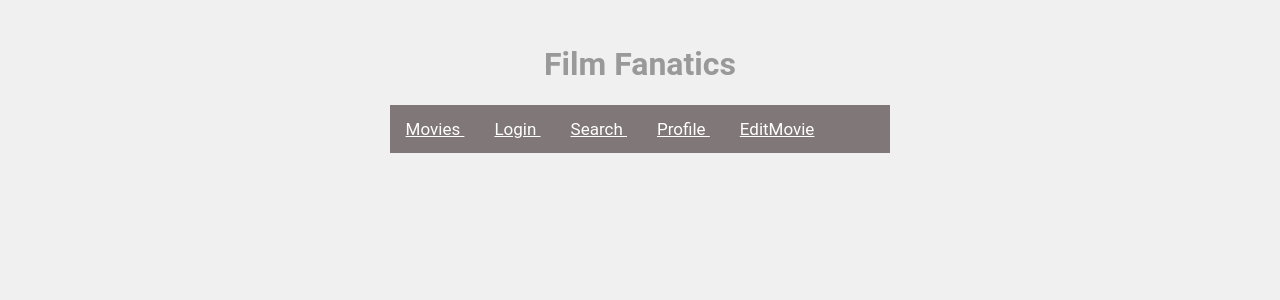
Repository: peterclermy232/To-do-List-
Page: / (app in film_fanatics/)
The author's editor kept a copy of each file at every save. The page is drawn from the files as they stood at one save, then again after the next save.
The browser window is 1280 px wide. The pictures show the whole page.
The page's requests for data from a server got no answer. The project was rebuilt for these pictures with package versions that can differ from the ones it lists, and the page was loaded fresh each time. No one was signed in, and anything a server would have sent is missing. Also part of the build but not shown: film_fanatics/src/components/Login.js, film_fanatics/src/components/Movie.js, film_fanatics/src/components/Search.js, film_fanatics/src/components/MoviePage.js, film_fanatics/src/components/Profile.js, film_fanatics/src/components/EditMovie.js, film_fanatics/src/components/Update.js.

Above is the page before, as saved 2022-09-15 23:00:24.

### film_fanatics/src/index.js
import React from 'react';
import ReactDOM from 'react-dom';
import { BrowserRouter as Router } from "react-router-dom";
import './index.css';
import App from "./components/App";

ReactDOM.render(
  <Router>
    <App />
  </Router>,
  document.getElementById('root')
);

### film_fanatics/src/index.css
*,
*::before,
*::after {
  box-sizing: border-box;
}

html {
  background-color: #f0f0f0;
}

body {
  color: #999999;
  font-family: 'Roboto','Helvetica Neue', Helvetica, Arial, sans-serif;
  font-style: normal;
  font-weight: 400;
  letter-spacing: 0;
  padding: 1rem;
  text-rendering: optimizeLegibility;
  -webkit-font-smoothing: antialiased;
  -moz-osx-font-smoothing: grayscale;
  -moz-font-feature-settings: "liga" on;
}

#main-header{
justify-content: center;
text-align: center;
}

.centered {
  text-align: center;
}

#random-planeteer{
   border: 0;
   line-height: 2.5;
   padding: 0 20px;
   font-size: 1rem;
   text-align: center;
   color: #fff;
   text-shadow: 1px 1px 1px #000;
   border-radius: 10px;
   background-color: rgba(220, 0, 0, 1);
   background-image: linear-gradient(to top left,
                                     rgba(0, 0, 0, .2),
                                     rgba(0, 0, 0, .2) 30%,
                                     rgba(0, 0, 0, 0));
   box-shadow: inset 2px 2px 3px rgba(255, 255, 255, .6),
               inset -2px -2px 3px rgba(0, 0, 0, .6);
}

input[type='checkbox']{
  text-align: center;
}

.search {
  width: 50%;
  text-align: center;

  position: relative;
  display: block;
  margin: auto;
  padding: 2rem;
}

.searchTerm {
  text-align: center;
  width: 100%;
  border: 3px solid #990033;
  padding: 5px;
  height: 3rem;
  border-radius: 5px;
  outline: none;
  font-size: 1.5rem;
}

img {
  height: auto;
  max-width: 100%;
  vertical-align: middle;
}

.btn {
  background-color: white;
  color: #696969;
}

.btn--block {
  display: block;
  width: 100%;
}

.cards {
  display: flex;
  flex-wrap: wrap;
  list-style: none;
  margin: 0;
  padding: 0;
}

.cards__item {
  display: flex;
  padding: 1rem;
  width: 25%;
}
.navbar {
  justify-self: center;
  background-color: rgb(128, 120, 120);
  margin: 6px;
  color: #f2f2f2;
  text-align: center;
  padding: 14px 16px;
  text-decoration: none;
  font-size: 17px;

}
.navlink {
  padding-right: 30px;
  color:#fff
}
.card {
  background-color: white;
  border-radius: 0.25rem;
  box-shadow: 0 20px 40px -14px rgba(0,0,0,0.25);
  display: flex;
  flex-direction: column;
  overflow: hidden;
}

.card__content {
  display: flex;
  flex: 1 1 auto;
  flex-direction: column;
  padding: 1rem;
}

.card__image {
  background-position: center center;
  background-repeat: no-repeat;
  background-size: cover;
  border-top-left-radius: 0.25rem;
  border-top-right-radius: 0.25rem;
  filter: contrast(70%);
  overflow: hidden;
  position: relative;
  transition: filter 0.5s cubic-bezier(.43,.41,.22,.91);
}

.card__image:hover{
  filter: contrast(100%);
}


.card__title {
  color: #696969;
  font-size: 1.25rem;
  font-weight: 300;
  letter-spacing: 2px;
  text-transform: uppercase;
}

.card__text, .card__detail p {
  flex: 1 1 auto;
  font-size: 0.875rem;
  line-height: 1.5;
  margin-bottom: 1.25rem;
}

.card__detail {
  display: grid;
  grid-template-columns: repeat(3, 1fr);
}

.card__detail p {
  text-align: center;
}

.card__detail button{
  text-align: center;
}

@media(max-width: 700px){
  .cards__item{
    width: 50%;
  }
}




.testimonialsss{
  margin: 0px;
  padding: 0px;
  font-family:poppins;
  box-sizing: border-box;
  background-image:url("https://cdn.commonwealthclub.org/s3fs-public/styles/hero/public/2019-11/hero%20star%20wars.png?itok=waMDC-JL");
  background-position: center;
}

.testimonials{
  display: flex;
  justify-content: center;
  align-items: center;
  flex-direction: column;
  width: 100%;
}

.testimonial-heading{
  letter-spacing: 1px;
  margin: 30px 0px;
  padding: 10px 20px;
  display: flex;
  flex-direction: column;
  justify-content: center;
  align-items:center;
}

.testimonial-heading h3{
  font-size: 2.2rem;
  font-weight: 500;
  background-color: #202020;
  color: #ffffff;
  padding: 10px 20px;
}
.testimonial-heading span{
  font-size: 1.3rem;
  color: #252525;
  margin-bottom: 10px;
  letter-spacing: 2px;
  text-transform: uppercase;
}
.testimonial-box-container{
  display: flex;
  justify-content: center;
  align-items: center;
  flex-wrap: wrap;
  width:100%;
}
.testimonial-box{
  width:500px;
  box-shadow: 2px 2px 30px rgba(0,0,0,0.1);
  background-color: black;
  padding: 20px;
  margin:15px;
  cursor: pointer;
  border-radius:25px;

}
.profile-img{
  width: 50px;
  height: 50px;
  border-radius: 50px;
  overflow: hidden;
  margin-right: 10px;
}
.profile-img img{
  width: 100%;
  height:100%;
  object-fit: cover;
  object-position: center;
}
.profile{
  display:flex;
  align-items:center;
}

.name-user{
  display:flex;
  flex-direction: column;
}
.name-user strong{
  color: #3d3d3d;
  font-size: 1.1rem;
  letter-spacing: 0.5px;
}

.name-user span{
  color: white;
  font-size: 0.8rem;
}

.reviews{
  color: white;
  font-size: 1.1rem;
}
.box-top{
  display:flex;
  justify-content: space-between;
  align-items: center;
  margin-bottom: 20px;
}
.testimonial-box:hover{
  transform: translateY(-10px);
  transition: all ease 0.3s;
}

### film_fanatics/src/components/App.js
import React from "react";
import { Route, Switch } from "react-router-dom";
import { useState, useEffect } from "react";
import Login from "./Login";
import Search from "./Search";
import NavBar from "./NavBar";
import MovieList from "./MovieList";
import MoviePage from "./MoviePage";
import Profile from "./Profile";
import EditMovie from "./EditMovie";
import Update from "./Update";

function App() {
  const [selectedMovie, selectMovie] = useState([])
  const [selected, setSelect] = useState("")
  const [movies, setMovies] = useState([])
  const [user, setUser] = useState(null)

  useEffect(() => {
    fetch("http://localhost:9292/movies")
      .then(r => r.json())
      .then(data => setMovies(data))
  }, [])

  useEffect(() => {
    selectMovie(movies.filter((movie) => {
      return movie.title === selected
    }))
  }, [selected])

  return (
    <div>
      <h1 id="main-header">Film Fanatics</h1>
      <NavBar id="NavBar" />

      <Switch>
        <Route path="/moviePage">
          <MoviePage movie={selectedMovie[0]} />
        </Route>
        <Route path="/search">
          <Search movies={movies} setSelect={setSelect} />
        </Route>
        <Route path="/login">
          <Login user={user} setUser={setUser} />
        </Route>
        <Route path="/profile">
          <Profile user={user} />
        </Route>
        <Route exact path="/">
          <MovieList setSelect={setSelect} movies={movies} />
        </Route>
        <Route exact path="/users/add" component={Update} />
        <Route exact path="/users/edit/:id" component={EditMovie} />
      </Switch>
    </div>
  );
}

export default App;

### film_fanatics/src/components/NavBar.js
import React from "react";
import { NavLink } from "react-router-dom";


function NavBar() {
  return(
  <div className="navbar">
    <nav>
      <NavLink className = "navlink" exact to="/">Movies  </NavLink>
      <NavLink className = "navlink" to="/login">Login  </NavLink>
      <NavLink className = "navlink" to="/search">Search  </NavLink>
      <NavLink className = "navlink" to="/profile">Profile  </NavLink>
      <NavLink className="navlink"  to="/editmovie">EditMovie</NavLink>
      <NavLink className="navlink" to="/update"></NavLink>
    </nav>
  </div>)
}

export default NavBar;

### film_fanatics/src/components/MovieList.js
import Movie from './Movie'
import {useEffect, useState} from 'react'

function MovieList({setSelect, movies}) {

    const [displayData, setDisplay] = useState(false)


    useEffect(()=>{
        setDisplay(
            movies.map((movie)=>{
                return <Movie title = {movie.title} setSelect = {setSelect} release_date = {movie.release_date} cast = {movie.cast} director = {movie.director}  producer = {movie.producer} image_URL = {movie.image_URL} key = {movie.id}/>
                                }
                        )
                    )
    }, [movies])



    return (
        <div>
            <ul className="cards">
                {displayData}
            </ul>
        </div>
    )
}

export default MovieList;

Loaded but not shown: film_fanatics/public/index.html (common file)

After the next save:
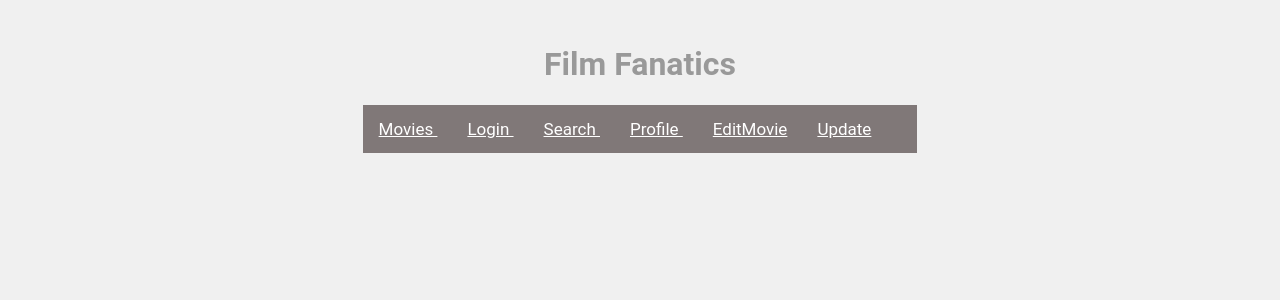
Saved 7 s later.
--- a/film_fanatics/src/components/NavBar.js
+++ b/film_fanatics/src/components/NavBar.js
@@ -11,7 +11,7 @@ function NavBar() {
       <NavLink className = "navlink" to="/search">Search  </NavLink>
       <NavLink className = "navlink" to="/profile">Profile  </NavLink>
       <NavLink className="navlink"  to="/editmovie">EditMovie</NavLink>
-      <NavLink className="navlink" to="/update"></NavLink>
+      <NavLink className="navlink" to="/update">Update</NavLink>
     </nav>
   </div>)
 }
